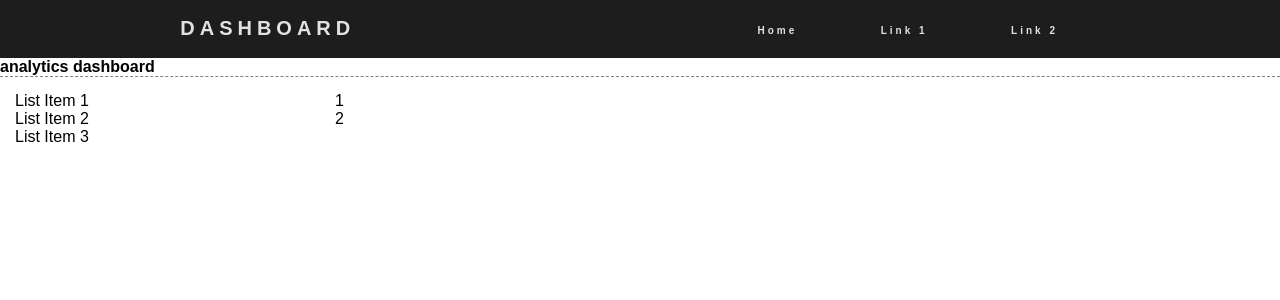
Repository: nourabdelhakam/drag-drop
Page: index.html
The author's editor kept a copy of each file at every save. The page is drawn from the files as they stood at one save, then again after the next save.
The browser window is 1280 px wide. The pictures show the whole page.

Above is the page before, as saved 2020-07-03 09:10:11.

### index.html
<!DOCTYPE html>
<html lang="en">
<head>
    <meta charset="UTF-8">
    <meta name="viewport" content="width=device-width, initial-scale=1.0">
    <meta http-equiv="X-UA-Compatible" content="ie=edge">
    <title>Drag & Drop</title>
    <link rel="stylesheet" href="nav/nav.css">
    <link rel="stylesheet" href="css/main.css">
</head>
<body>

    <!-- <nav> -->
        <nav>
            <div class="logo">
                <h4>Dashboard</h4>
            </div>
            <ul class="nav-links">
                <li><a href="">Home</a></li>
                <li><a href="">Link 1</a></li>
                <li><a href="">Link 2</a></li>
            </ul>
            <div class="burger">
                <div class="line1"></div>
                <div class="line2"></div>
                <div class="line3"></div>
            </div>
        </nav>
      <!-- </nav> end of nav -->

      <section>
          <h4>analytics dashboard </h4>
          <div class="container">
              <div class="lists">
                <div class="left">
                    <div class="list">
                        <div class="list-item" draggable="true">List Item 1</div>
                        <div class="list-item" draggable="true">List Item 2</div>
                        <div class="list-item" draggable="true">List Item 3</div>
                    </div>
                  </div>
                  <div class="right">
                    <div class="list">1</div>
                    <div class="list">2</div>
                  </div>
              </div>
            <!-- <div class="lists">
                <div class="list">
                    <div class="list-item" draggable="true">List Item 1</div>
                    <div class="list-item" draggable="true">List Item 2</div>
                    <div class="list-item" draggable="true">List Item 3</div>
                </div>
                <div class="list"></div>
                <div class="list"></div>
            </div> -->
        </div>
      </section>


    <script src="main.js" type="text/javascript"></script>
    <script src="nav/nav.js" type="text/javascript"></script>
</body>
</html>

### nav/nav.css
nav {
    display: flex;
    justify-content: space-around;
    align-items: center;
    min-height: 8vh;
    background-color: #1D1D1D;
    font-family: "Poppins", sans-serif;
}
.logo {
    color: rgb(226, 226, 226);
    text-transform: uppercase;
    letter-spacing: 5px;
    font-size: 20px;
}
.nav-links {
    display: flex;
    justify-content: space-around;
    width: 30%;
}
.nav-links li {
    list-style: none;
}
.nav-links a {
    color: rgb(226, 226, 226);
    text-decoration: none;
    letter-spacing: 3px;
    font-weight: bold;
    font-size: 10px;
}
.burger {
    display: none;
    cursor: pointer;
}
.burger div {
    width: 25px;
    height: 3px;
    background-color: rgb(226, 226, 226);
    margin: 5px;
    transition: all 0.3s ease;
}


@media screen and (max-width:1024px) {
    .nav-links {
        width: 60%;
    }
}

@media screen and (max-width:768px) {

    body {
        overflow-x: hidden;
    }
    .nav-links {
        position: absolute;
        right: 0px;
        height: 92vh;
        top: 8vh;
        background-color: #1D1D1D;
        display: flex;
        flex-direction: column;
        align-items: center;
        width: 50%;
        transform: translatex(100%);
        transition: transform 0.5s ease-in;
    }
    .nav-links li {
        opacity: 0;
    }
    .burger {
        display: block;
    }
}

.nav-active {
    transform: translatex(0%);
}

@keyframes navLinkFade {
    from {
        opacity: 0;
        transform: translatex(50%);
    }
    to {
        opacity: 1;
        transform: translatex(0%);
    }
}

.toggle .line1 {
    transform: rotate(-45deg) translate(-5px, 6px);
}
.toggle .line2 {
    opacity: 0;
}
.toggle .line3 {
    transform: rotate(45deg) translate(-5px, -6px);
}

.landing {
    height: 90vh;
    display: flex;
    justify-content: center;
    align-items: center;
}
.landing h1 {
    margin: 100px;
    font-size: 50px;
    color: #ae5fce;
}

### css/main.css
* {
    margin: 0;
    padding: 0;
    box-sizing: border-box;
}
body {
    font-family: Arial, Helvetica, sans-serif;
}
.container {
    border-top: 1px dashed gray;
}
.left {
    width: 25%;
    float: left;
    padding: 15px;
}
.right {
    width: 75%;
    float: left;
    padding: 15px;
}
/* .container {
    display: flex;
    flex-flow: column;
    width: 90vw;
    height: 90vh;
    border-top: 1px dashed gray;
}
.lists {
    display: flex;
    flex: 1;
    width: 100%;
    overflow: scroll;
}
.lists .list {
    display: flex;
    flex-flow: column;
    flex: 1;

    width: 100%;
    min-width: 250px;
    max-width: 350px;
    height: 100%;
    min-height: 150px;

    background-color: rgba(0, 0, 0, 0.1);
    margin: 0 15px;
    padding: 8px;
    transition: all 0.2s linear;
}
.left {
    background-color: green;
}
.right {
    background-color: hotpink;
}
.lists .list .list-item {
    background-color: #F3F3F3;
    border-radius: 8px;
    padding: 15px 20px;
    text-align: center;
    margin: 4px 0;
} */

### main.js
const list_items = document.querySelectorAll('.list-item');
const lists = document.querySelectorAll('.list');

let draggedItem = null;

for (let i = 0; i < list_items.length; i++) {
	const item = list_items[i];

	item.addEventListener('dragstart', function () {
		draggedItem = item;
		setTimeout(function () {
			item.style.display = 'none';
		}, 0)
	});

	item.addEventListener('dragend', function () {
		setTimeout(function () {
			draggedItem.style.display = 'block';
			draggedItem = null;
		}, 0);
	})

	for (let j = 0; j < lists.length; j ++) {
		const list = lists[j];

		list.addEventListener('dragover', function (e) {
			e.preventDefault();
		});

		list.addEventListener('dragenter', function (e) {
			e.preventDefault();
			this.style.backgroundColor = 'rgba(0, 0, 0, 0.2)';
		});

		list.addEventListener('dragleave', function (e) {
			this.style.backgroundColor = 'rgba(0, 0, 0, 0.1)';
		});

		list.addEventListener('drop', function (e) {
			console.log('drop');
			this.append(draggedItem);
			this.style.backgroundColor = 'rgba(0, 0, 0, 0.1)';
		});
	}
}

### nav/nav.js
const navSlide = () => {
    const burger = document.querySelector('.burger');
    const nav = document.querySelector('.nav-links');
    const navLinks = document.querySelectorAll('.nav-links li');


    burger.addEventListener('click', () => {

        //Toggle Nav
        nav.classList.toggle('nav-active');

        //Animate Links
        navLinks.forEach((link, index) => {

            if (link.style.animation) {
                link.style.animation = '';
            } else {
                link.style.animation = `navLinkFade 0.5s ease forwards ${index / 7 + 0.3}s`;
            }

        });

        //Burger Animation
        burger.classList.toggle('toggle');
    });

}

navSlide();

After the next save:
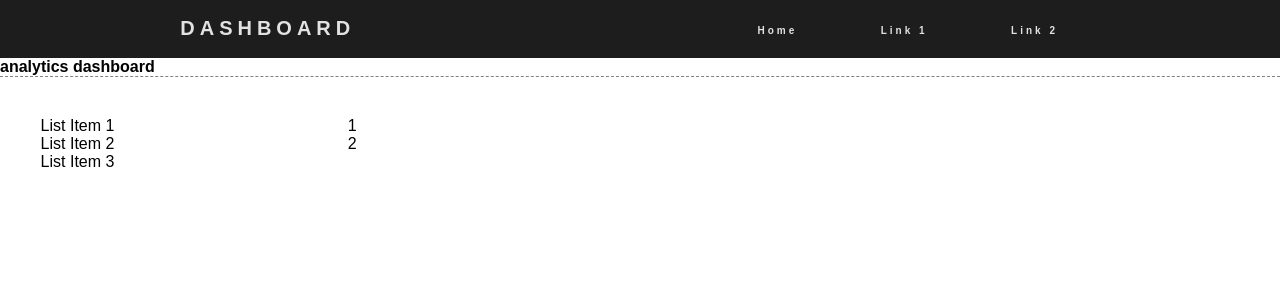
Saved 39 s later.
--- a/css/main.css
+++ b/css/main.css
@@ -8,6 +8,7 @@ body {
 }
 .container {
     border-top: 1px dashed gray;
+    padding: 2%;
 }
 .left {
     width: 25%;
